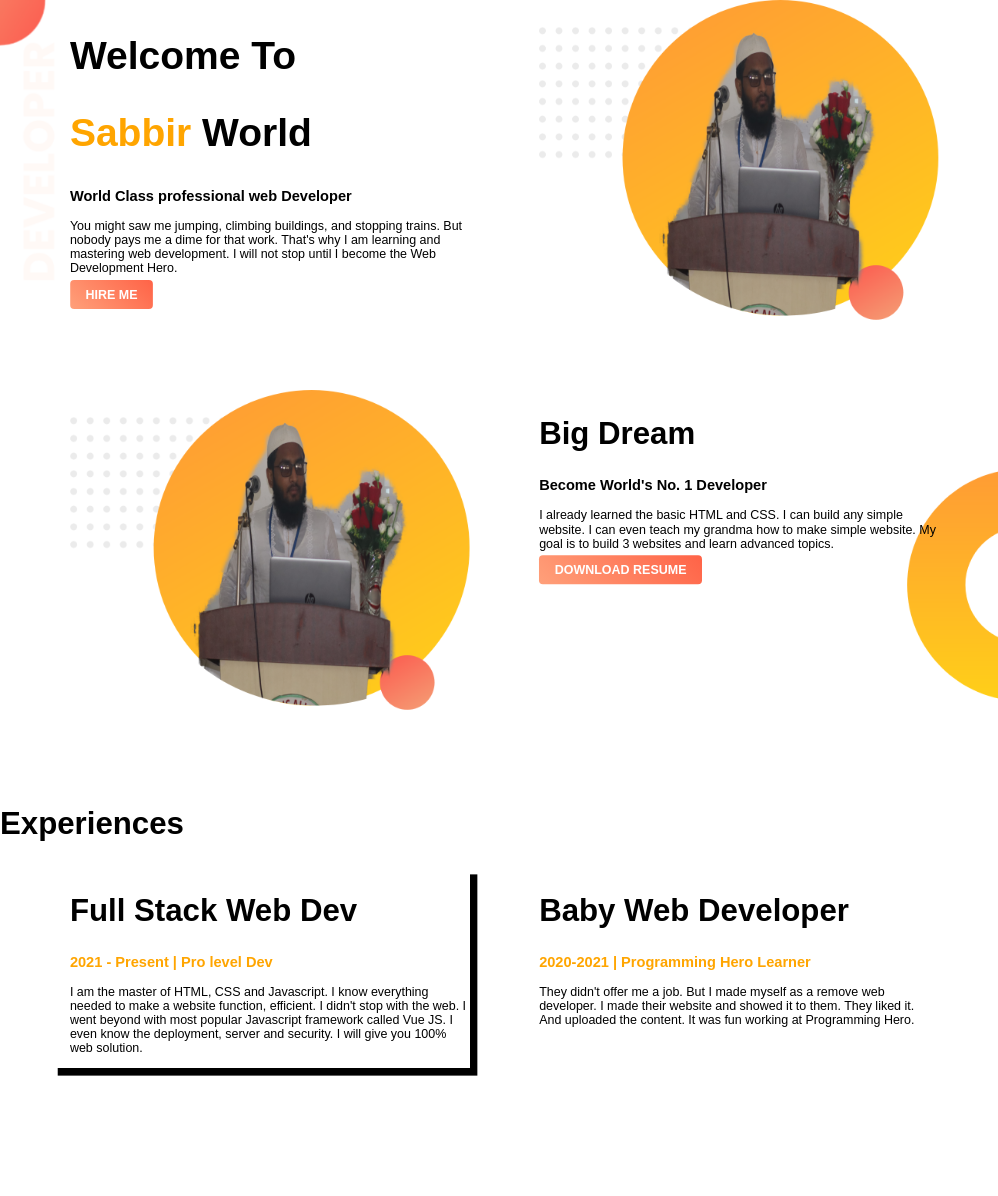
Repository: sabbircse3/web-protfolio
Page: index.html
These files come from the project's save history. The page is drawn as it stood at one moment and after a run of saves; the edit follows.
The browser window is 1280 px wide. The pictures show the whole page, at 78% of full size.

Above is the page before, as saved 2021-01-04 10:43:23.

After the next 3 saves:
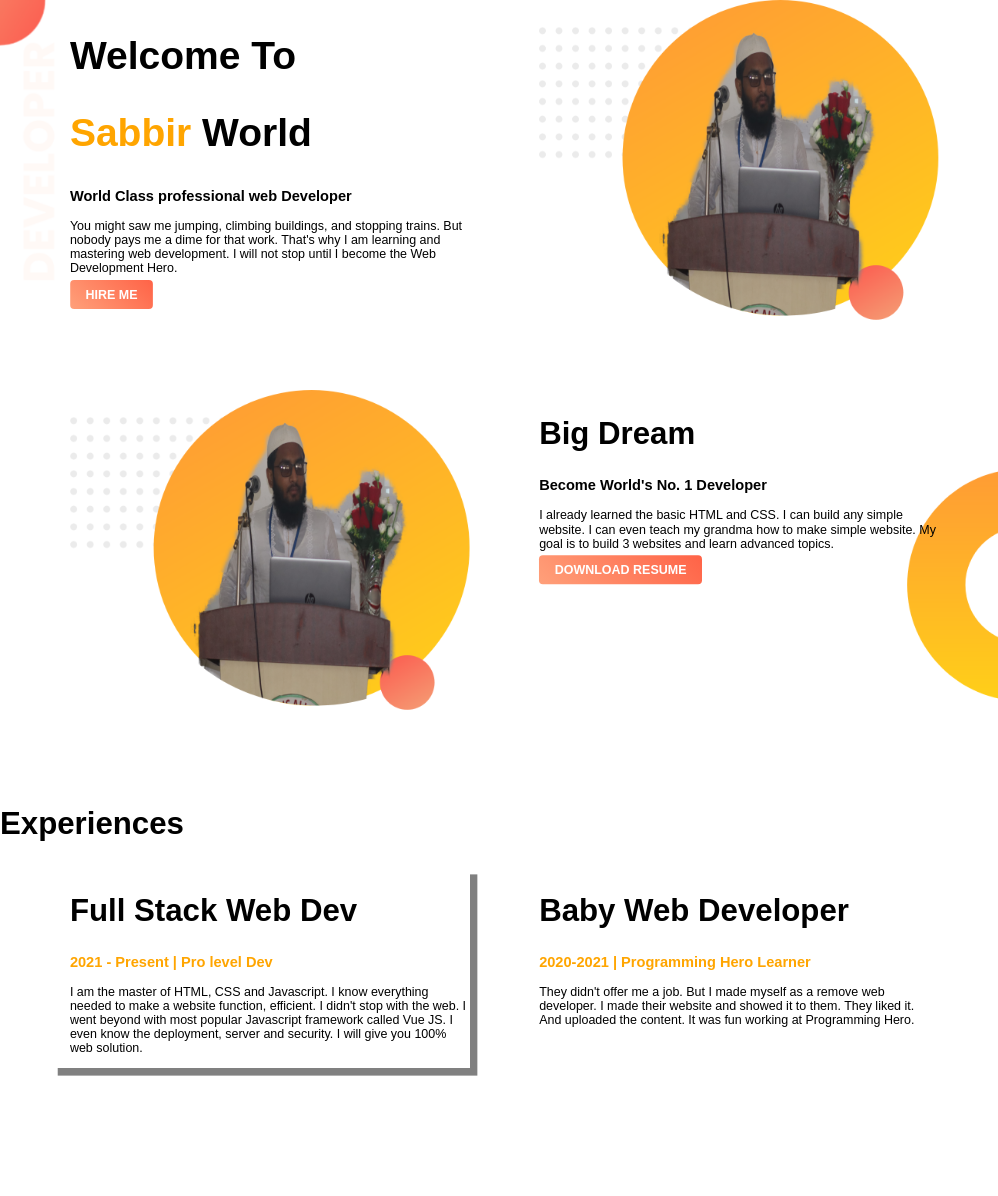
The 3 saves are shown as one change because they came seconds apart.
The last was saved 7 s later.
--- a/style.css
+++ b/style.css
@@ -47,5 +47,5 @@ section{
     color: orange;
 }
 .single-experience{
-    box-shadow: 10px 10px;
+    box-shadow: 10px 10px gray;
 }
